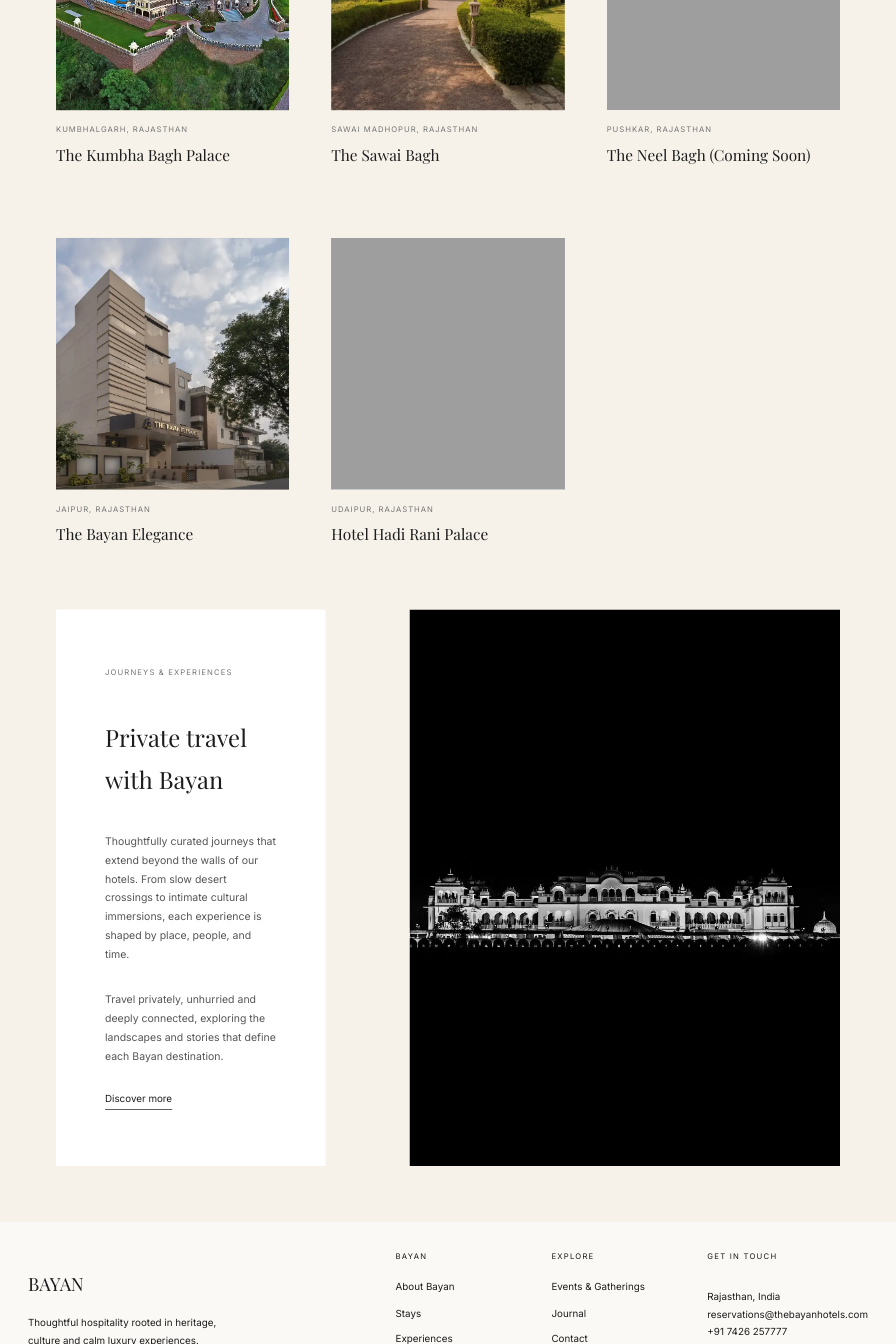
Repository: Arpitpawa/bayan-website
Page: hotels.html
An editor plug-in stored every save of this project. The page is shown before and after the next save, followed by the edit.
The browser window is 1280 px wide. The pictures show the part of the page from y = 1684 to 3604 px (the page is 3871 px tall before and 4233 px after), at 70% of full size.
Pictures or frames that could not be fetched are drawn as grey boxes.

Above is the page before, as saved 2026-02-28 12:07:31.
Console error: TypeError: Cannot set properties of null (setting 'onclick')

### hotels.html
<!DOCTYPE html>
<html lang="en">
<head>
  <meta charset="UTF-8" />
  <title>Our Hotels | Bayan Group</title>
  <meta name="viewport" content="width=device-width, initial-scale=1.0" />

  <!-- Fonts -->
  <link href="https://fonts.googleapis.com/css2?family=Playfair+Display:wght@400;500&family=Inter:wght@300;400&display=swap" rel="stylesheet">
<!-- Favicon -->
<link rel="apple-touch-icon" sizes="180x180" href="../assets/favicon/apple-touch-icon.png">
<link rel="icon" type="image/png" sizes="32x32" href="../assets/favicon/favicon-32x32.png">
<link rel="icon" type="image/png" sizes="16x16" href="../assets/favicon/favicon-16x16.png">
<link rel="shortcut icon" href="../assets/favicon/favicon.ico">
<link rel="manifest" href="../assets/favicon/site.webmanifest">
<script src="https://unpkg.com/lucide@latest"></script>

  <!-- CSS -->
   <link rel="stylesheet" href="assets/css/style.css" />
  <link rel="stylesheet" href="assets/css/hotels.css">
   <link rel="stylesheet" href="assets/css/header.css" />
    <link rel="stylesheet" href="assets/css/footer.css" />
    <link rel="stylesheet" href="assets/css/brand-skin.css" />
</head>

<body class="hotels-page">
<!-- ================= HEADER ================= -->
<!-- ================= HEADER ================= -->
    <header class="site-header">
      <div class="nav-bar">
        <!-- LEFT -->
        <div class="nav-left">
          <button class="menu-toggle" id="menuToggle">
            <svg viewBox="0 0 24 10">
              <line x1="0" y1="1" x2="24" y2="1"></line>
              <line x1="0" y1="9" x2="24" y2="9"></line>
            </svg>
            <span>Menu</span>
          </button>


        </div>

        <!-- CENTER -->
        <a href="index.html" class="logo">
  <span class="logo-main">BAYAN</span>
  <span class="logo-sub">GROUP OF HOTELS & RESORTS</span>
</a>

        <!-- RIGHT -->
        <a
  href="https://www.swiftbook.io/inst/#group?groupId=341NlfplxPrIg9W3WZzfdTQ5Njg=&JDRN=Y"
  class="nav-cta"
  target="_blank"
  rel="noopener noreferrer"
>
  <span class="cta-desktop">BOOK NOW</span>
  <span class="cta-mobile">RESERVE</span>
</a>


      </div>
    </header>

    <!-- ================= MENU OVERLAY ================= -->
    <!-- ================= MENU OVERLAY ================= -->
    <div class="menu-overlay" id="menuOverlay">
      <button class="menu-close-btn" id="menuCloseBtn" aria-label="Close menu">
        <span></span>
        <span></span>
      </button>

      <div class="menu-container">
        <!-- NAV -->
        <nav class="menu-nav">
  <a href="index.html">Home</a>
  <a href="hotels.html">Stays</a>
  <a href="experiences.html">Experiences</a>
  <a href="offers.html">Offers</a>
  <a href="wellness.html">Wellness</a>
  <a href="dining.html">Dining</a>
  <a href="about.html">About Bayan</a>
</nav>

        <!-- DESTINATIONS -->
        <div class="menu-destinations">
          <span class="menu-eyebrow">Discover Bayan In</span>

          <a href="hotels.html">Jaipur</a>
          <a href="hotels.html">Udaipur</a>
          <a href="hotels.html">Kumbhalgarh</a>
          <a href="hotels.html">Sawai Madhopur</a>

          <span class="coming">Pushkar — Coming Soon</span>
          <span class="coming">Jodhpur — Coming Soon</span>
        </div>
      </div>
    </div>

    <div class="nav-spacer"></div>

<section class="inner-hero-outer">
  <div class="inner-hero">
    <div class="inner-hero-content">
      <h1>Our Stays</h1>
<p>A collection of rooted luxury stays across Rajasthan, defined by heritage, design, and thoughtful hospitality.</p>
    </div>
  </div>
</section>

  <!-- LOCATION FILTER -->
  <div class="hotel-filters">
    <button class="filter-btn active" data-filter="all">All</button>
    <button class="filter-btn" data-filter="jaipur">Jaipur</button>
    <button class="filter-btn" data-filter="udaipur">Udaipur</button>
    <button class="filter-btn" data-filter="kumbhalgarh">Kumbhalgarh</button>
    <button class="filter-btn" data-filter="sawai">Sawai Madhopur</button>
  </div>
  <!-- FILTER DIVIDER + SORT -->
<div class="hotel-controls">
  <div class="controls-line"></div>

  <div class="sort-dropdown">
    <label for="sortSelect">Sort by</label>
    <select id="sortSelect">
      <option value="recommended">Recommended</option>
      <option value="az">A – Z</option>
      <option value="za">Z – A</option>
    </select>
  </div>
</div>


  <!-- HOTELS GRID -->
  <section class="hotels-grid">

    <!-- JAIPUR -->


    <a href="properties/jaibagh-palace.html" class="hotel-card" data-location="jaipur">
      <div class="hotel-image">
        <img src="../assets/images/jaibagh-jaipur.webp" alt="Jaibagh Palace Jaipur">
      </div>
      <div class="hotel-info">
        <span class="hotel-location">Jaipur, Rajasthan</span>
        <h3>The Jai bagh Palace</h3>

      </div>
    </a>

    <!-- UDAIPUR -->
    <a href="properties/udai-bagh-palace.html" class="hotel-card" data-location="udaipur">
      <div class="hotel-image">
        <img src="../assets/images/udaibaghreel.webp" alt="Udai Bagh Palace Udaipur">
      </div>
      <div class="hotel-info">
        <span class="hotel-location">Udaipur, Rajasthan</span>
        <h3>The Udai Bagh Palace</h3>

      </div>
    </a>

    <a href="properties/the-amargarh-palace.html" class="hotel-card" data-location="udaipur">
      <div class="hotel-image">
        <img src="../assets/images/amargarh-udaipur.webp" alt="Amargarh Udaipur">
      </div>
      <div class="hotel-info">
        <span class="hotel-location">Udaipur, Rajasthan</span>
        <h3>The Amargarh Resort</h3>

      </div>
    </a>



    <!-- KUMBHALGARH -->
    <a href="properties/kumbha-bagh-palace.html" class="hotel-card" data-location="kumbhalgarh">
      <div class="hotel-image">
        <img src="../assets/images/kumbha-bagh-palace.webp" alt="Kumbha Bagh Palace">
      </div>
      <div class="hotel-info">
        <span class="hotel-location">Kumbhalgarh, Rajasthan</span>
        <h3>The Kumbha Bagh Palace</h3>

      </div>
    </a>

    <!-- SAWAI MADHOPUR -->
    <a href="properties/sawai-bagh.html" class="hotel-card" data-location="sawai">
      <div class="hotel-image">
        <img src="../assets/images/sawaibaghreel.webp" alt="Sawai Bagh">
      </div>
      <div class="hotel-info">
        <span class="hotel-location">Sawai Madhopur, Rajasthan</span>
        <h3>The Sawai Bagh</h3>

      </div>
    </a>
    <a href="" class="hotel-card" data-location="jaipur">
      <div class="hotel-image">
        <img src="assets/images/neelbagh.png" alt="The Bayan Elegance Jaipur">
      </div>
      <div class="hotel-info">
        <span class="hotel-location">Pushkar, Rajasthan</span>
        <h3>The Neel Bagh (Coming Soon)</h3>

      </div>
    </a>
    <a href="properties/bayan-elegance.html" class="hotel-card" data-location="jaipur">
      <div class="hotel-image">
        <img src="../assets/images/bayan-elegance-jaipur.webp" alt="The Bayan Elegance Jaipur">
      </div>
      <div class="hotel-info">
        <span class="hotel-location">Jaipur, Rajasthan</span>
        <h3>The Bayan Elegance</h3>

      </div>
    </a>
<a href="properties/hadi-rani-palace.html" class="hotel-card" data-location="udaipur">
      <div class="hotel-image">
        <img src="https://hadi-rani-palace.alludaipurhotels.com/data/Pics/OriginalPhoto/15912/1591239/1591239622/fabhotel-hadi-rani-udaipur-pic-2.JPEG" alt="Hotel Hadi Rani Udaipur">
      </div>
      <div class="hotel-info">
        <span class="hotel-location">Udaipur, Rajasthan</span>
        <h3>Hotel Hadi Rani Palace</h3>

      </div>
    </a>

  </section>
<!-- EDITORIAL FEATURE SECTION -->
<section class="bayan-editorial">

  <div class="editorial-content">
    <span class="editorial-eyebrow">Journeys & Experiences</span>

    <h3>Private travel with Bayan</h3>

    <p>
      Thoughtfully curated journeys that extend beyond the walls of our
      hotels. From slow desert crossings to intimate cultural immersions,
      each experience is shaped by place, people, and time.
    </p>

    <p>
      Travel privately, unhurried and deeply connected, exploring the
      landscapes and stories that define each Bayan destination.
    </p>

    <a href="#" class="editorial-link">Discover more</a>
  </div>

  <div class="editorial-media">
    <img
      src="../assets/images/video-poster.webp"
      alt="Private journeys with Bayan">
  </div>

</section>
<footer class="bayan-footer">

  <div class="footer-inner">

    <!-- BRAND -->
    <div class="footer-brand">
      <h3>BAYAN</h3>
      <p>
        Thoughtful hospitality rooted in heritage,
        culture and calm luxury experiences.
      </p>
    </div>

    <!-- FOOTER LINKS -->
    <div class="footer-links">

      <div class="footer-col">
        <span class="footer-title">Bayan</span>
        <a href="about.html">About Bayan</a>
        <a href="hotels.html">Stays</a>
        <a href="experiences.html">Experiences</a>
        <a href="dining.html">Dining</a>
        <a href="wellness.html">Wellness</a>
      </div>

      <div class="footer-col">
        <span class="footer-title">Explore</span>
        <a href="events-meetings.html">Events & Gatherings</a>
        <a href="journal.html">Journal</a>
        <a href="contact.html">Contact</a>
        <a href="#">Careers</a>
        <a href="#">Privacy Policy</a>
      </div>

      <div class="footer-col">
        <span class="footer-title">Get in Touch</span>
        <p>
          Rajasthan, India<br>
          reservations@thebayanhotels.com<br>
          +91 7426 257777
        </p>
      </div>

    </div>

  </div>

  <!-- FOOTER BOTTOM -->
  <!-- FOOTER BOTTOM -->
<div class="footer-bottom">

  <div class="footer-bottom-left">
    © Bayan Groups Of Hotels And Resorts. All rights reserved.
  </div>

  <div class="footer-bottom-center footer-social">
    <a href="https://www.instagram.com/bayangroupofhotelsandresorts/" target="_blank">
      <i data-lucide="instagram"></i>
    </a>

    <a href="https://www.facebook.com/TheBayanGroupofHotelsandResorts/" target="_blank">
      <i data-lucide="facebook"></i>
    </a>

    <a href="https://x.com/BayanHotels" target="_blank">
      <i data-lucide="twitter"></i>
    </a>

    <a href="https://www.linkedin.com/company/thebayangroup/" target="_blank">
      <i data-lucide="linkedin"></i>
    </a>

    <a href="mailto:crs@thebayanhotels.com">
      <i data-lucide="mail"></i>
    </a>
  </div>

  <div class="footer-bottom-right">
   <a href="https://www.swiftbook.io/inst/#group?groupId=341NlfplxPrIg9W3WZzfdTQ5Njg=&JDRN=Y"
       class="footer-check-btn"
       target="_blank">
       CHECK AVAILABILITY
    </a>
  </div>

</div>
</footer>


  <!-- JS -->
  <script src="../assets/js/hotels.js"></script>
  <script src="assets/js/main.js"></script>
<script>
  const menuOverlay = document.getElementById("menuOverlay");
  const menuToggle = document.getElementById("menuToggle");
  const menuClose = document.getElementById("menuCloseBtn");

  if (menuToggle && menuOverlay) {
    menuToggle.addEventListener("click", () => {
      menuOverlay.classList.add("active");
      document.body.classList.add("menu-open");
    });
  }

  if (menuClose) {
    menuClose.addEventListener("click", closeMenu);
  }

  document.addEventListener("keydown", (e) => {
    if (e.key === "Escape") closeMenu();
  });

  menuOverlay?.addEventListener("click", (e) => {
    if (e.target === menuOverlay) closeMenu();
  });

  function closeMenu() {
    menuOverlay.classList.remove("active");
    document.body.classList.remove("menu-open");
  }

  /* ACTIVE NAV LINK */
  document.querySelectorAll(".menu-nav a").forEach((link) => {
    if (window.location.href.includes(link.getAttribute("href"))) {
      link.classList.add("active");
    }
  });
</script>

</body>
</html>

### assets/css/footer.css
/* ================================
   BAYAN FOOTER – SIX SENSES STYLE
================================ */

.bayan-footer {
  background: #faf9f6;
  padding: 120px 20px 40px;
  font-family: 'Inter', sans-serif;
}

/* INNER */
.footer-inner {
  max-width: 1200px;
  margin: auto;
  display: grid;
  grid-template-columns: 1.2fr 2fr;
  gap: 120px;
}

/* BRAND */
.footer-brand h3 {
  font-family: "Playfair Display", serif;
  font-size: 26px;
  font-weight: 400;
  margin-bottom: 18px;
}

.footer-brand p {
  font-size: 14px;
  line-height: 1.8;
  color: var(--text-muted);
  max-width: 280px;
}

/* LINKS */
.footer-links {
  display: grid;
  grid-template-columns: repeat(3, 1fr);
  gap: 80px;
}

.footer-col {
  display: flex;
  flex-direction: column;
}

.footer-title {
  font-size: 11px;
  letter-spacing: 0.16em;
  text-transform: uppercase;
  margin-bottom: 20px;
  color: var(--text-dark);
}

.footer-col a {
  font-size: 14px;
  text-decoration: none;
  color: var(--text-muted);
  margin-bottom: 12px;
  transition: opacity 0.3s ease;
}

.footer-col a:hover {
  opacity: 0.6;
}

.footer-col p {
  font-size: 14px;
  line-height: 1.8;
  color: var(--text-muted);
}

/* BOTTOM */
.footer-bottom {
  max-width: 1200px;
  margin: 100px auto 0;
  padding-top: 30px;
  border-top: 1px solid #e5e5e5;

  display: flex;
  justify-content: space-between;
  align-items: center;
}

.footer-bottom span {
  font-size: 13px;
  color: var(--text-muted);
}

/* SOCIAL */
.footer-social a {
  margin-left: 18px;
  font-size: 13px;
  text-decoration: none;
  color: var(--text-dark);
  letter-spacing: 0.08em;
}

.footer-social a:hover {
  opacity: 0.6;
}

/* RESPONSIVE */
@media (max-width: 900px) {
  .footer-inner {
    grid-template-columns: 1fr;
    gap: 70px;
  }

  .footer-links {
    grid-template-columns: 1fr 1fr;
    gap: 50px;
  }
}

@media (max-width: 600px) {
  .footer-links {
    grid-template-columns: 1fr;
  }

  .footer-bottom {
    flex-direction: column;
    gap: 20px;
    text-align: center;
  }

  .footer-social a {
    margin: 0 10px;
  }
}
/* SOCIAL ICONS */

.footer-social {
  display: flex;
  gap: 22px;
}

.footer-social a {
  display: inline-flex;
  width: 18px;
  height: 18px;
  color: var(--text-dark);
  transition: opacity 0.3s ease;
}

.footer-social a:hover {
  opacity: 0.6;
}

.footer-social svg {
  width: 100%;
  height: 100%;
  fill: currentColor;
}
.footer-social svg {
  display: block;
  width: 18px;
  height: 18px;
  fill: currentColor;
}
@media (min-width: 900px) {
  .footer-social svg {
    width: 20px;
    height: 20px;
  }
}
/* ===== FOOTER BOTTOM LAYOUT FIX ===== */

.footer-bottom {
  display: flex;
  align-items: center;
  justify-content: space-between;
  padding: 25px 0;
  border-top: 1px solid #e6e1db;
  font-size: 14px;
}

/* Center Social Icons */
.footer-bottom-center {
  display: flex;
  gap: 18px;
  align-items: center;
}

.footer-social a {
  color: #1a1a1a;
  transition: opacity 0.3s ease;
}

.footer-social a:hover {
  opacity: 0.6;
}

/* Right Button */
.footer-check-btn {
  padding: 10px 24px;
  border: 1px solid #1a1a1a;
  border-radius: 30px;
  text-decoration: none;
  font-size: 12px;
  letter-spacing: 1px;
  transition: all 0.3s ease;
}

.footer-check-btn:hover {
  background: #1a1a1a;
  color: #fff;
}

/* Responsive */
@media (max-width: 768px) {
  .footer-bottom {
    flex-direction: column;
    gap: 20px;
    text-align: center;
  }
}
/* =========================
   MAIN FOOTER CONTAINER
========================= */

.bayan-footer {
  padding: 40px 0 10px;  /* reduced from large value */
}

/* Top Section */
.footer-inner {
  margin-bottom: 40px;   /* reduce large gap */
}

/* Footer Columns spacing */
.footer-links {
  gap: 60px; /* reduce if too wide */
}

/* =========================
   FOOTER BOTTOM
========================= */

.footer-bottom {
  padding: 20px 0; /* reduced from 40+ */
  border-top: 1px solid #e6e1db;
}

### assets/css/brand-skin.css
/* ======================================
   BAYAN HOME PAGE SKIN
   Based on Property Page Palette
   SAFE OVERRIDE – BACKGROUNDS FIRST
====================================== */

/* ===== GLOBAL CANVAS ===== */
html,
body {
  background-color: #F6F2EA !important;
}

/* ===== ALL MAIN HOME SECTIONS ===== */
.intro-info,
.legacy-section,
.stays,
.our-stays,
.raas-stays,
.moments-wrapper,
.instagram-section {
  background-color: #F6F2EA !important;
}

/* ===== SOFT VARIATION (VERY SUBTLE) ===== */
.hotel-subnav,
.aman-gallery-wrap,
.aman-gallery-section {
  background-color: #F6F1E9 !important;
}

/* ===== PAPER-LIKE FLOATING AREAS ===== */
.center-card,
.map-box,
.editorial-card {
  background-color: #F4F1EB !important;
}

/* ===== CINEMATIC SECTIONS ===== */
.featured-slider,
.destination-parallax {
  background-color: #1C1C1C !important;
}

/* ===== OVERLAYS ===== */
.hero-overlay,
.destination-overlay {
  background: rgba(0,0,0,0.45) !important;
}
.booking-field {
  cursor: pointer;
}

.booking-field span {
  font-family: "Libre Baskerville", serif;
  font-size: 15px;
  letter-spacing: 0.2px;
  color: #2b2b2b;
}

/* subtle hover like Six Senses */
.booking-field:hover {
  background: rgba(0,0,0,0.03);
}

/* remove browser focus junk */
.booking-field:focus,
.booking-field *:focus {
  outline: none;
}

Loaded but not shown: assets/css/style.css (library); assets/js/main.js (551 lines, source omitted); assets/js/hotels.js (72 lines, source omitted); assets/css/header.css (955 lines, source omitted); assets/css/hotels.css (984 lines, source omitted)

After the next save:
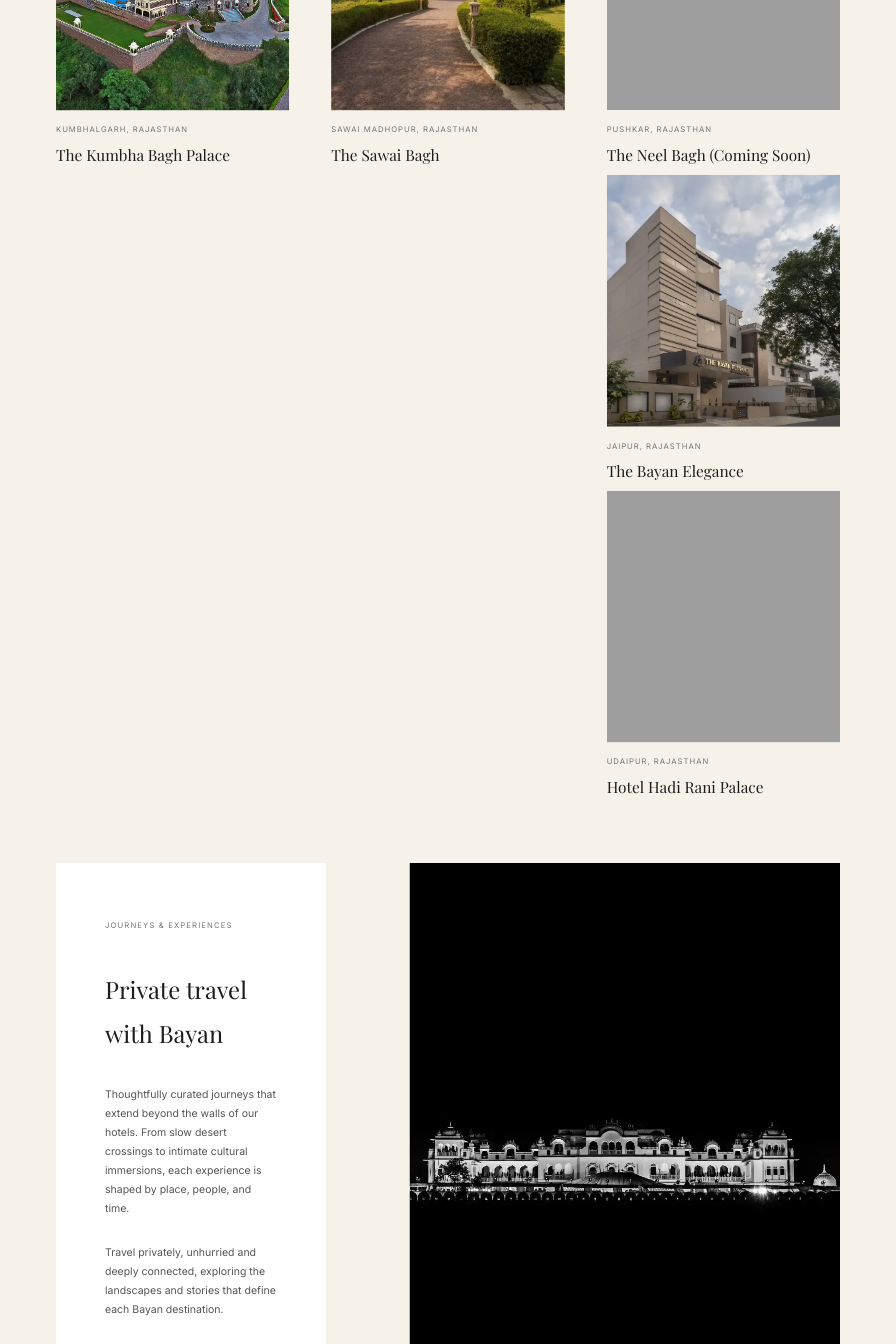
Saved 3 min 37 s later.
--- a/hotels.html
+++ b/hotels.html
@@ -196,7 +196,7 @@
 
       </div>
     </a>
-    <a href="" class="hotel-card" data-location="jaipur">
+    <div class="hotel-card hotel-disabled" data-location="jaipur">
       <div class="hotel-image">
         <img src="assets/images/neelbagh.png" alt="The Bayan Elegance Jaipur">
       </div>
